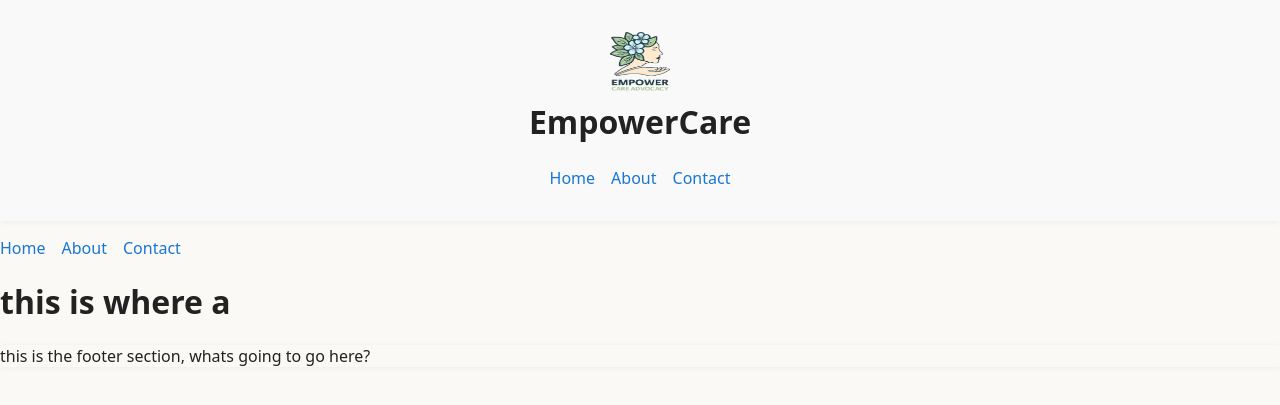
Repository: mcamarco/empowercare
Page: /
The author's editor kept a copy of each file at every save. The page is drawn from the files as they stood at one save, then again after the next save.
The browser window is 1280 px wide. The pictures show the whole page.
The project was rebuilt for these pictures with package versions that can differ from the ones it lists, and the page was loaded fresh each time. The framework's server and built-in components were replaced by stand-ins that run in the browser. Also part of the build but not shown: next.config.ts.

Above is the page before, as saved 2025-05-29 12:24:28.

After the next save:
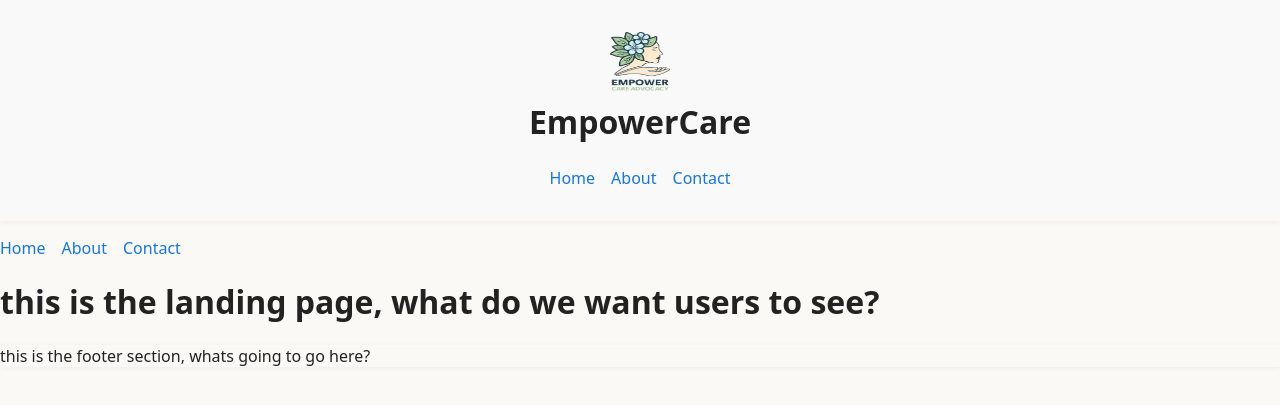
Saved 10 s later.
--- a/src/app/page.tsx
+++ b/src/app/page.tsx
@@ -1,7 +1,7 @@
 export default function Home() {
   return (
     <main>
-      <h1>this is where a</h1>
+      <h1>this is the landing page, what do we want users to see? </h1>
     </main>
   );
 }
